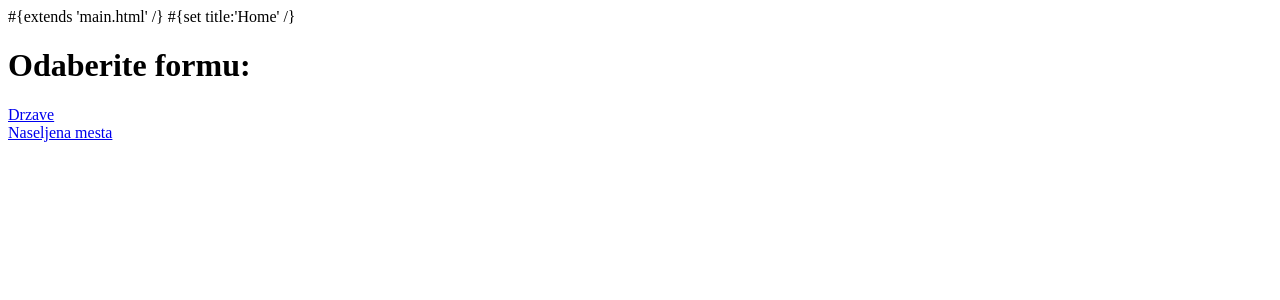
Repository: DaniloJevtovic/poslovnaInformatika
Page: project/app/views/Application/index.html
These files come from the project's save history. The page is drawn as it stood at one moment and after the next save; the edit follows.
The browser window is 1280 px wide. The pictures show the whole page.

Above is the page before, as saved 2017-06-09 23:34:51.

After the next save:
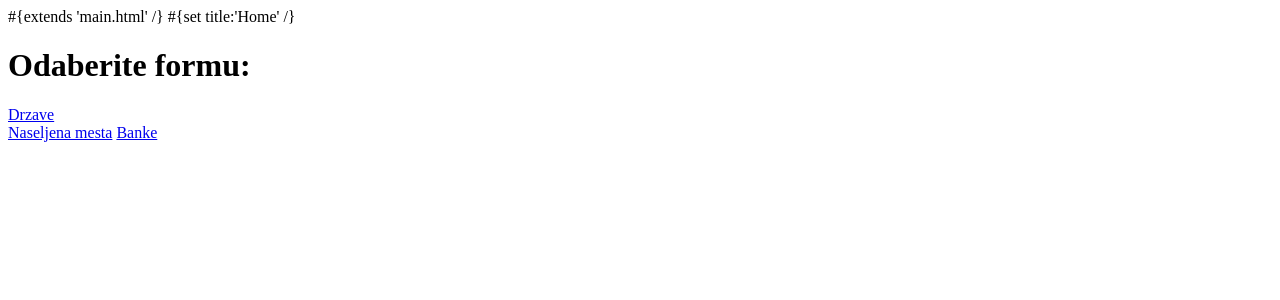
Saved 38 s later.
--- a/project/app/views/Application/index.html
+++ b/project/app/views/Application/index.html
@@ -5,3 +5,4 @@
 
 <a href="@{Drzave.show()}">Drzave</a><br>
 <a href="@{NaseljenaMesta.show()}">Naseljena mesta</a>
+<a href="@{Banke.show()}">Banke</a>
